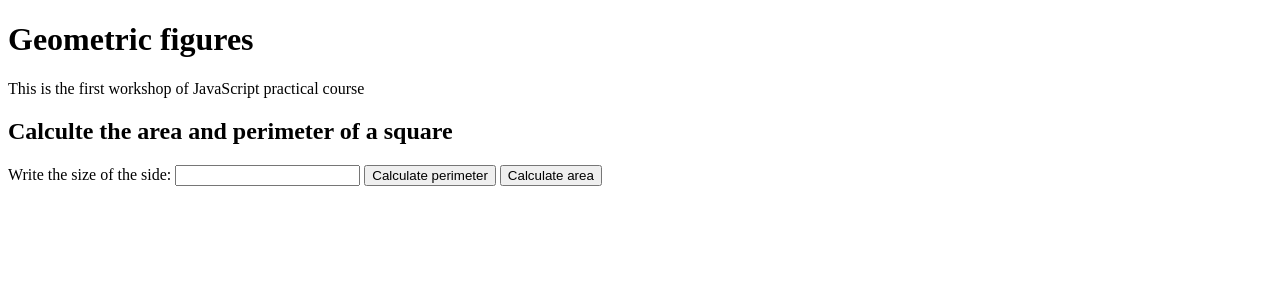
Repository: jangabe/curso-practico-javascript
Page: figures.html
An editor plug-in stored every save of this project. The page is shown before and after the next save, followed by the edit.
The browser window is 1280 px wide. The pictures show the whole page.

Above is the page before, as saved 2022-06-13 20:07:47.

### figures.html
<!DOCTYPE html>
<html lang="en">
<head>
    <meta charset="UTF-8">
    <meta name="viewport" content="width=device-width, initial-scale=1.0">
    <title>Geometric figures</title>
</head>
<body>
    <header>
        <h1>Geometric figures</h1>
        <p>This is the first workshop of JavaScript practical course</p>
    </header>
    <section>
        <h2>Calculte the area and perimeter of a square</h2>
        <form action="">
            <label for="">Write the size of the side:</label>
            <input type="number">
            <button>Calculate perimeter</button>
            <button>Calculate area</button>
        </form>
    </section>

    <script src="./figures.js"></script>
</body>
</html>

### figures.js
//Code for the square
console.group("square");
//const squareSide = 5;
//console.log('The sides of the square measure: '+ squareSide);

function squarePerimeter(side){
    return side * 4;
}

//console.log('The perimeter of the square is: '+ squarePerimeter(4) +"cm");

function squareArea(side){
    return side * side;
}

//console.log('The area of the square is: '+ squareArea(5)+"cm^2");

console.groupEnd();

//Code for the triangle
/* console.group("triangle");
const triangleSide1 = 6;
const triangleSide2 = 6;
const triangleBase = 4;
console.log('The sides of the triangle measure: '+ triangleSide1+"cm, "+triangleSide2+"cm, "+triangleBase+"cm"); */


function trianglePerimeter(side1, side2, base){
    return side1 + side2 + base;
}
//console.log('The perimeter of the triangle is: '+ trianglePerimeter +"cm");

//const triangleHeight = 5.5;
//console.log('The height of the triangle is: '+triangleHeight+"cm");

function triangleArea(base, height){
    return (base * height)/2;
}
//console.log('The area of the square is: '+ triangleArea+"cm^2");
console.groupEnd();

//Code for the circle
/* console.group("circle");
const circleRadius = 4;
console.log('The radius of the circle measure: '+ circleRadius); */

//const PI = 3.1415;
const PI = Math.PI;
//console.log('The PI value is: '+PI);

function circleDiameter(radius){
    return radius * 2;
}
//console.log('The diameter of the circle is: '+ circleDiameter +"cm");

function circlePerimeter(radius){
    const diameter = circleDiameter(radius);
    return diameter * PI;
}
//console.log('The perimeter of the circle is: '+ circlePerimeter +"cm");

function circleArea(radius){
    return (radius * radius) * PI;
}
//console.log('The area of the circle is: '+ circleArea+"cm^2");

console.groupEnd();

After the next save:
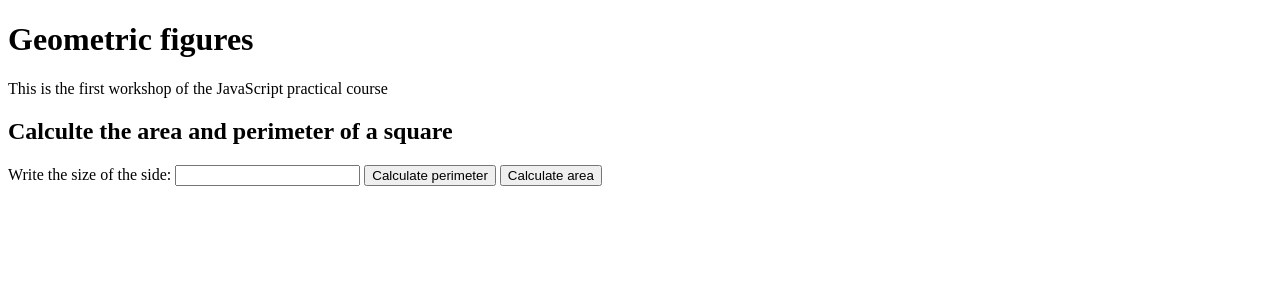
Saved 6 min 28 s later.
--- a/figures.html
+++ b/figures.html
@@ -8,15 +8,15 @@
 <body>
     <header>
         <h1>Geometric figures</h1>
-        <p>This is the first workshop of JavaScript practical course</p>
+        <p>This is the first workshop of the JavaScript practical course</p>
     </header>
     <section>
         <h2>Calculte the area and perimeter of a square</h2>
         <form action="">
-            <label for="">Write the size of the side:</label>
-            <input type="number">
-            <button>Calculate perimeter</button>
-            <button>Calculate area</button>
+            <label for="squareInput">Write the size of the side:</label>
+            <input id="squareInput" type="number">
+            <button type="button">Calculate perimeter</button>
+            <button type="button">Calculate area</button>
         </form>
     </section>
 
